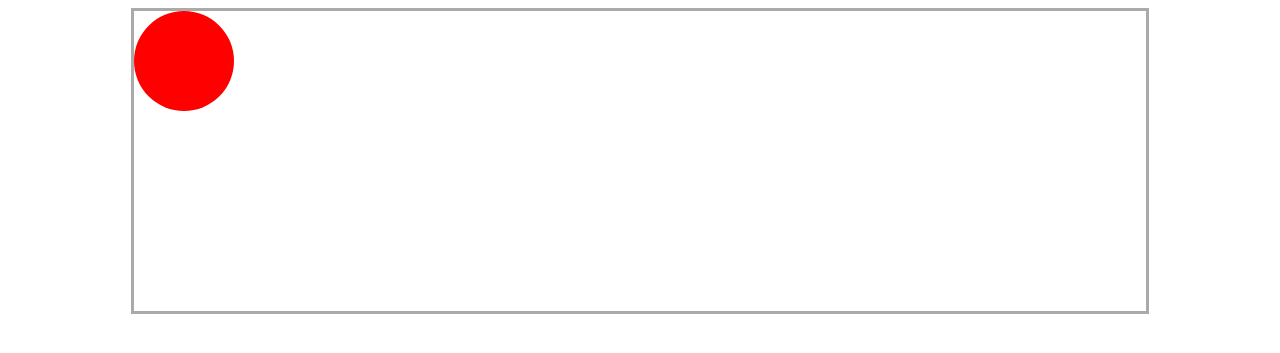
Repository: taoxiaofeng/hello-javascript
Page: demo/demo.html
These files come from the project's save history. The page is drawn as it stood at one moment and after the next save; the edit follows.
The browser window is 1280 px wide. The pictures show the whole page.

Above is the page before, as saved 2024-07-13 14:27:29.

After the next save:
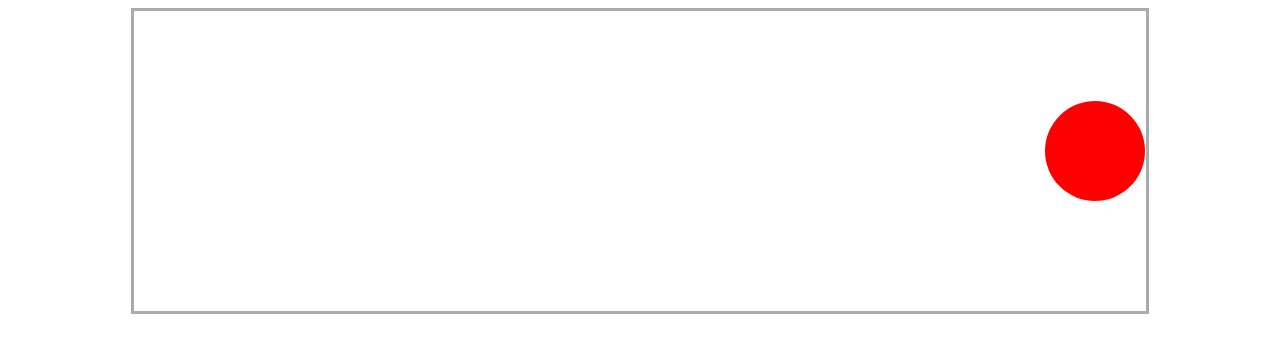
Saved 10 s later.
--- a/demo/demo.html
+++ b/demo/demo.html
@@ -18,7 +18,7 @@
             border-radius: 50%;
             background-color: red;
             position: absolute;
-            top: 30%
+            top: 30%;
             animation: move 2s linear infinite;
         }
 
